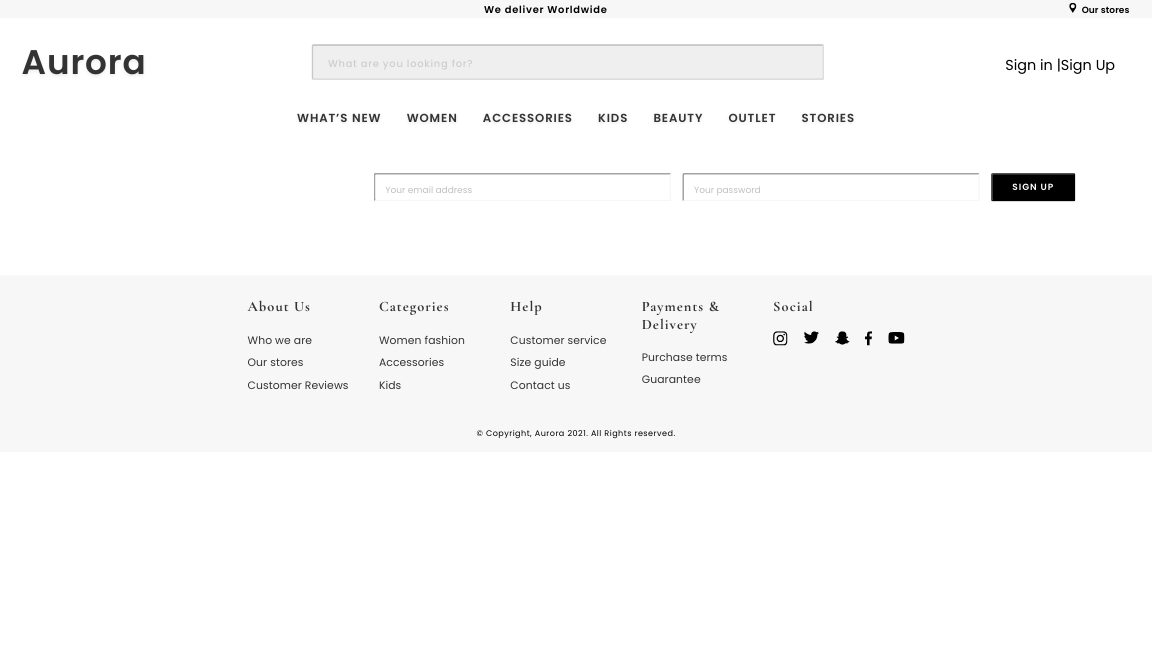
Repository: YuraKrvz/aurora-react-redux-toolkit-firebase
Page: /signUp
The author's editor kept a copy of each file at every save. The page is drawn from the files as they stood at one save, then again after the next save.
The browser window is 1280 px wide. The pictures show the whole page, at 90% of full size.
The project was rebuilt for these pictures with package versions that can differ from the ones it lists, and the page was loaded fresh each time. Also part of the build but not shown: src/components/MainSection/MainSection.jsx, src/pages/HomeGuest.jsx, src/pages/HomeUser.jsx, src/pages/SignIn.jsx.

Above is the page before, as saved 2021-11-29 15:13:58.

After the next save:
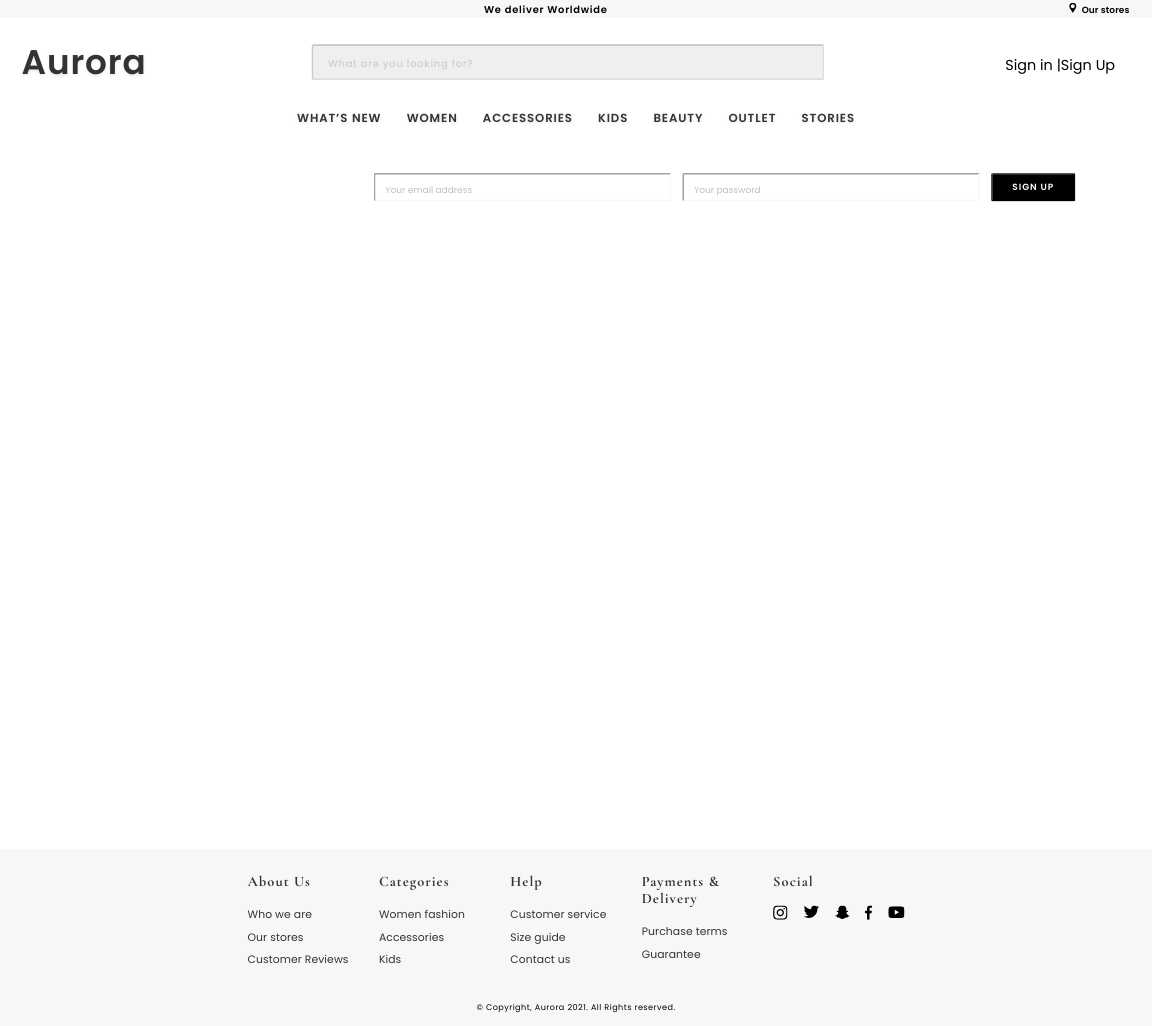
Saved 24 s later.
--- a/src/components/MainSection/MainSection.module.css
+++ b/src/components/MainSection/MainSection.module.css
@@ -25,7 +25,7 @@
    display: block;
    margin: 32px auto;
    width: 450px;
-   height: 82px;
+   height: 100vh;
 }
 .text{
    margin-bottom: 14px;
